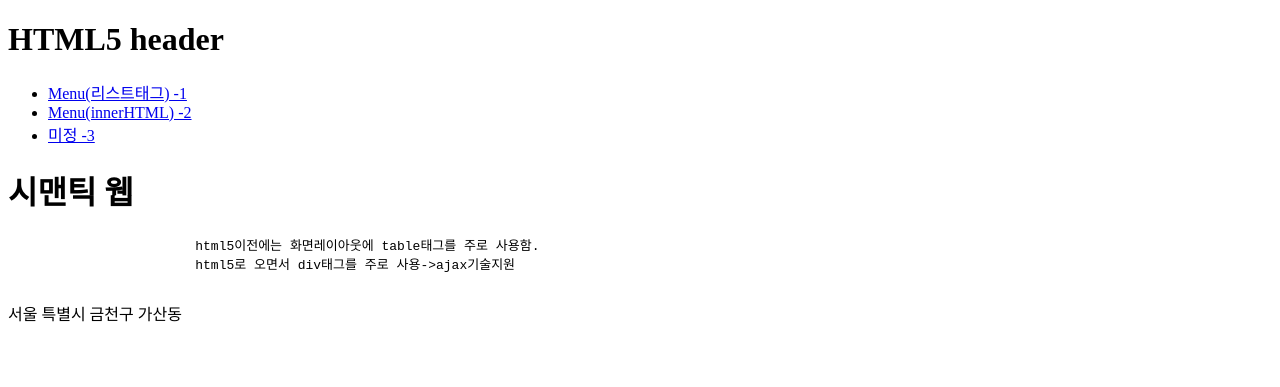
Repository: rightsecond3/java52
Page: workspace_script/dev_html/WebContent/html_semantic/beforeSemantic.html
These files come from the project's save history. The page is drawn as it stood at one moment and after the next save; the edit follows.
The browser window is 1280 px wide. The pictures show the whole page.

Above is the page before, as saved 2019-06-10 01:46:36.

After the next save:
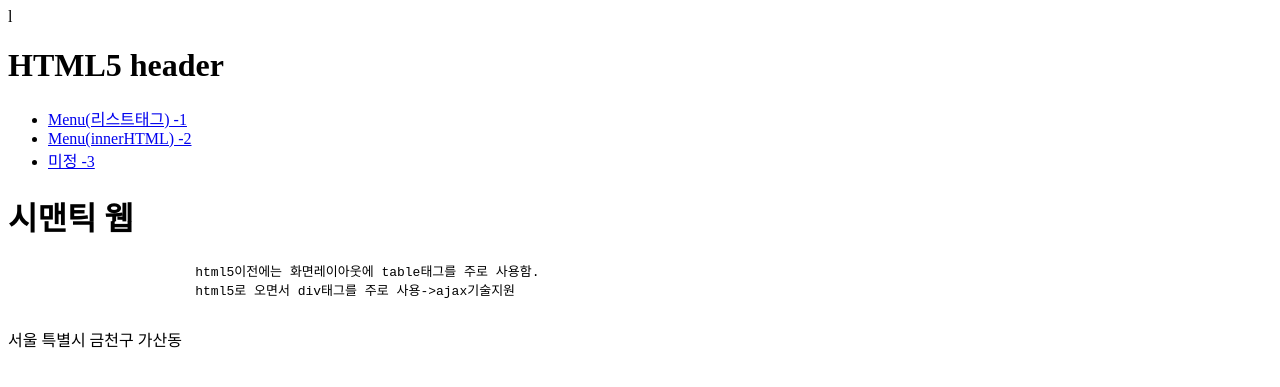
Saved 96 s later.
--- a/workspace_script/dev_html/WebContent/html_semantic/beforeSemantic.html
+++ b/workspace_script/dev_html/WebContent/html_semantic/beforeSemantic.html
@@ -5,7 +5,7 @@
  -->
 <html>
 <head>
-<meta charset="UTF-8">
+<meta charset="UTF-8">l
 <title>HTML5 이전의 레이아웃 구성</title>
 </head>
 <!-- 스타일시트(CSS), Javascript코드 -->
